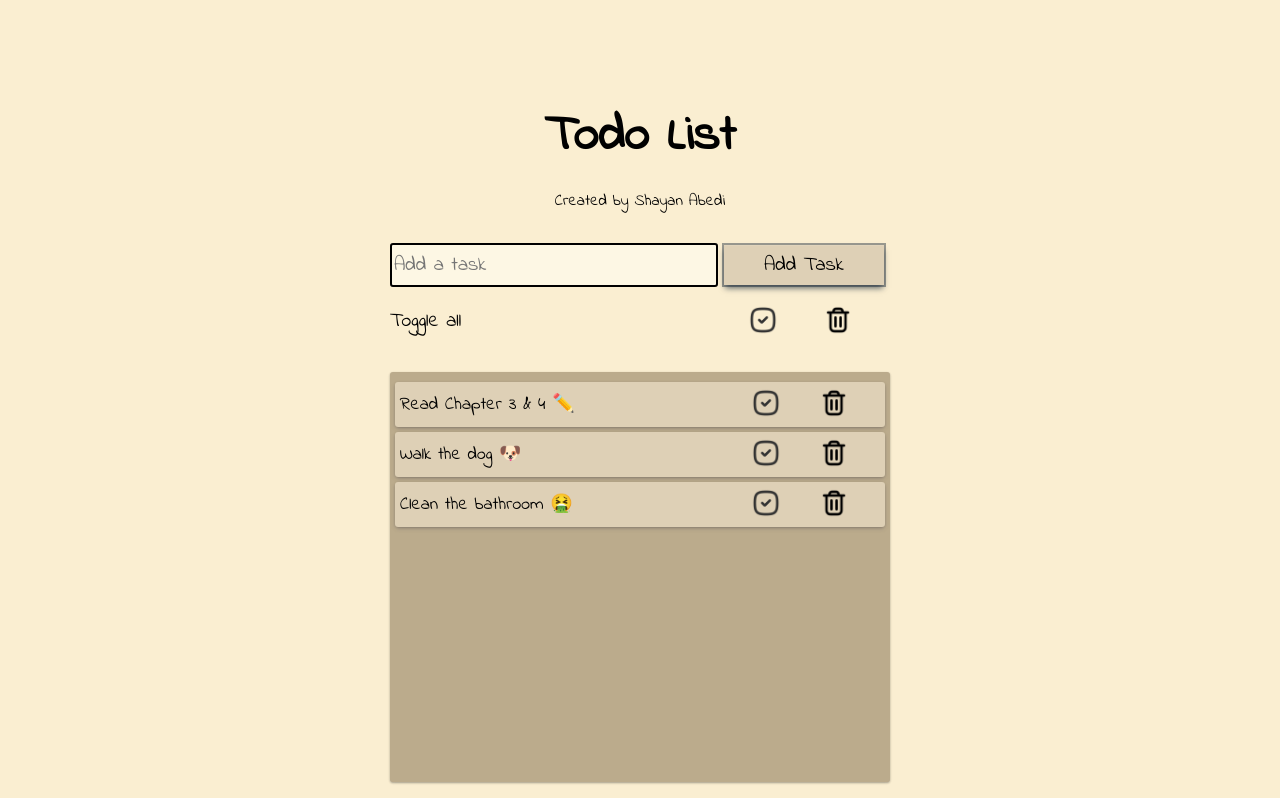
Repository: shayanabedi98/todo-list
Page: /
These files come from the project's save history. The page is drawn as it stood at one moment and after the next save; the edit follows.
The browser window is 1280 px wide. The pictures show the whole page.
The project was rebuilt for these pictures with package versions that can differ from the ones it lists, and the page was loaded fresh each time. Also part of the build but not shown: vite.config.js.

Above is the page before, as saved 2023-12-30 17:20:18.

After the next save:
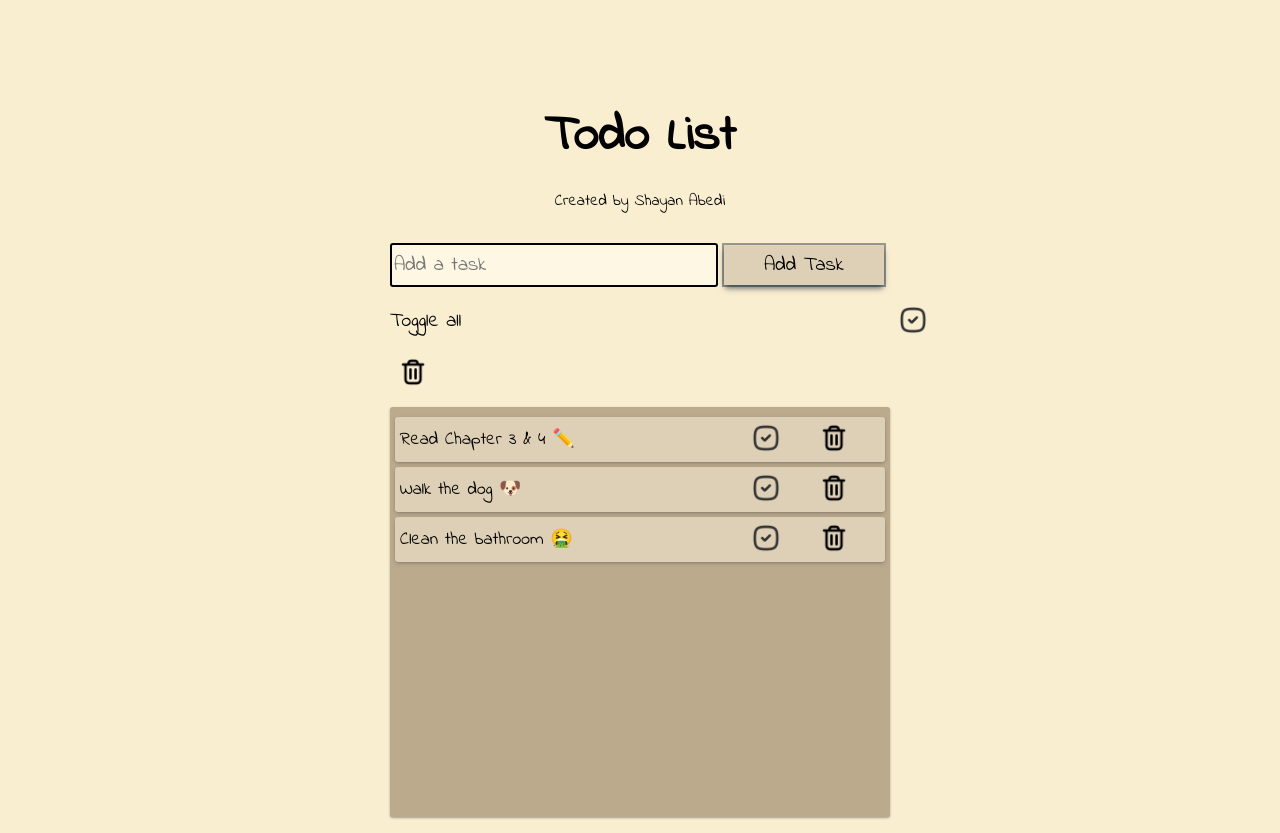
Saved 44 s later.
--- a/src/AffectAll.jsx
+++ b/src/AffectAll.jsx
@@ -5,17 +5,13 @@ import check from "./assets/check.png";
 const AffectAll = ({ clearAll, completeAll }) => {
   return (
     <div className="affect-all">
-      <div id="one">
         <p>Toggle all</p>
-      </div>
-      <div id="two">
         <button onClick={completeAll}>
           <img src={check} alt="" />
         </button>
         <button onClick={clearAll}>
           <img src={trash} alt="" />
         </button>
-      </div>
     </div>
   );
 };

After the save that followed:
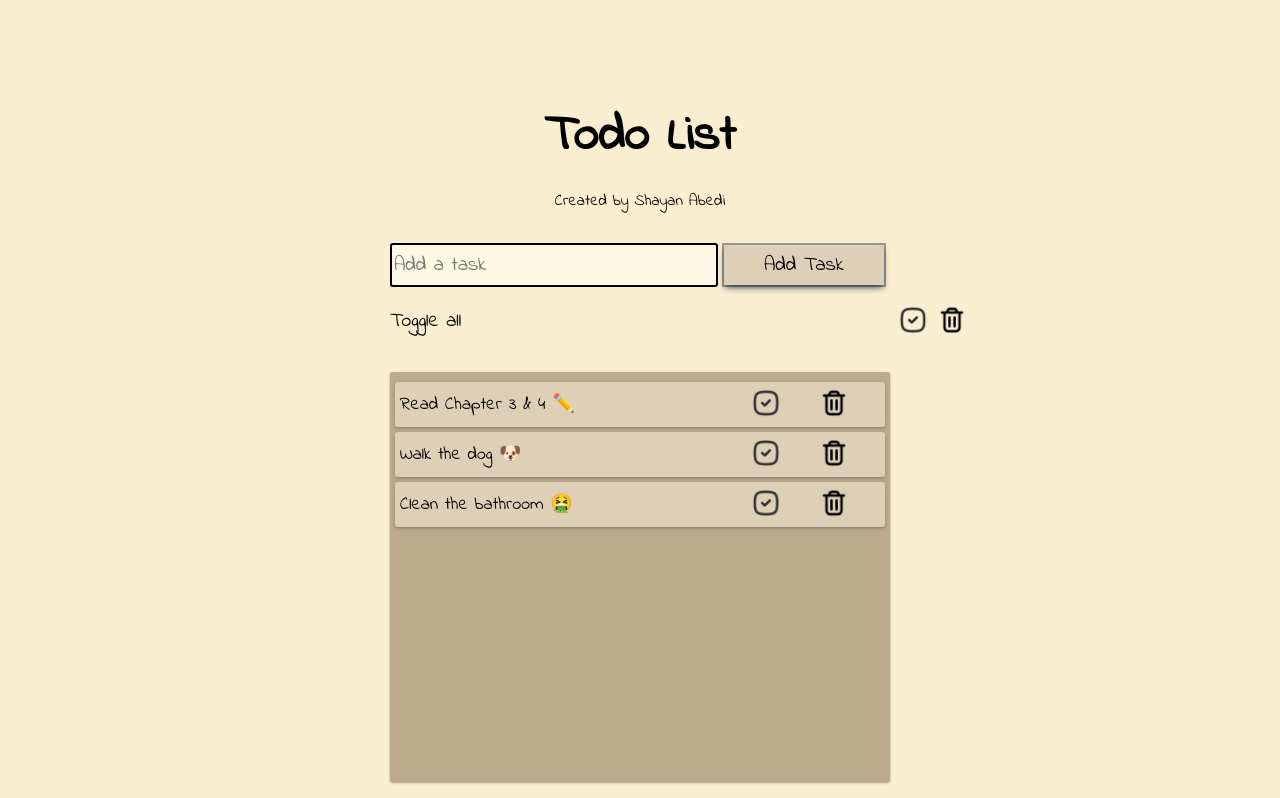
Saved 22 s later.
--- a/src/index.css
+++ b/src/index.css
@@ -41,16 +41,8 @@ h1 {
 
 .affect-all {
   display: grid;
-  grid-template-columns: 1fr 1fr;
-}
+  grid-template-columns: 1fr 0.2fr 0.2fr;
 
-.affect-all #one {
-  width: 350px;
-}
-
-.affect-all #two {
-  display: grid;
-  grid-template-columns: 1fr 1fr;
 }
 
 .affect-all p{
